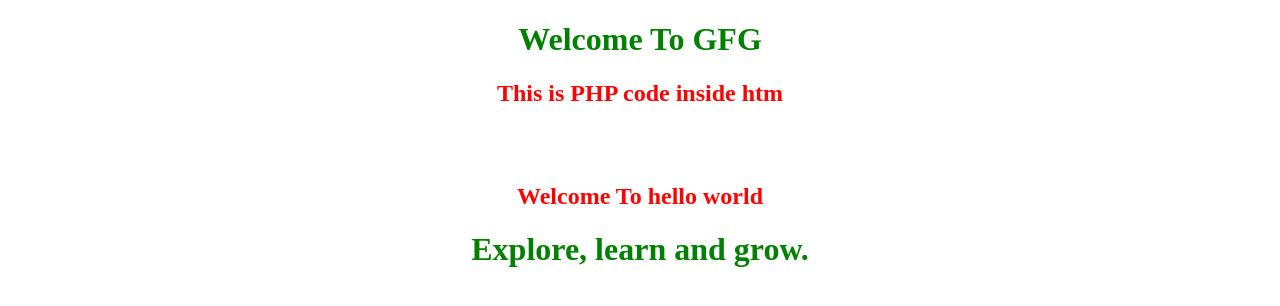
Repository: NithishKoriyar/phpprojectgh
Page: http://localhost/example1.php
An editor plug-in stored every save of this project. The page is shown before and after a run of saves, followed by the edit.
The browser window is 1280 px wide. The pictures show the whole page.
The page is run by PHP 8.4 with error messages shown; the project is at /var/www/html/.

Above is the page before, as saved 2022-12-14 11:14:10.

After the next 2 saves:
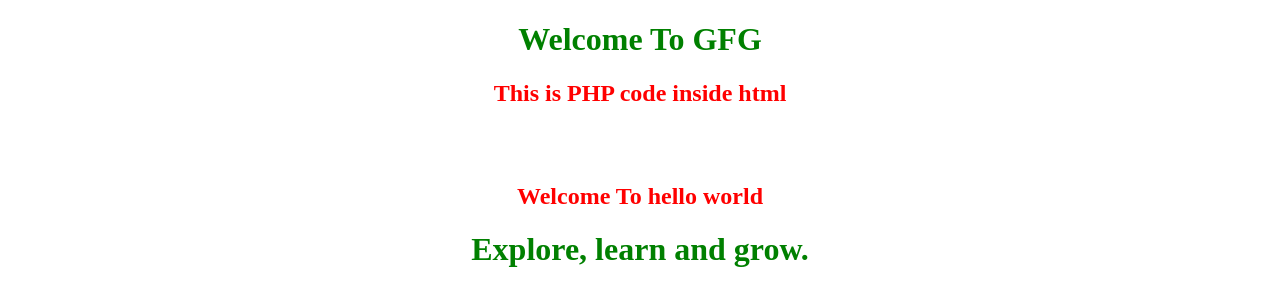
The 2 saves are shown as one change because they came seconds apart.
The last was saved 49 s later.
--- a/example1.php
+++ b/example1.php
@@ -18,7 +18,7 @@
 
 		<h2>
 			<?php
-            echo "This is PHP code inside htm<br>";
+            echo "This is PHP code inside html <br>";
 			?>
 		</h2>
 		<br><br>
